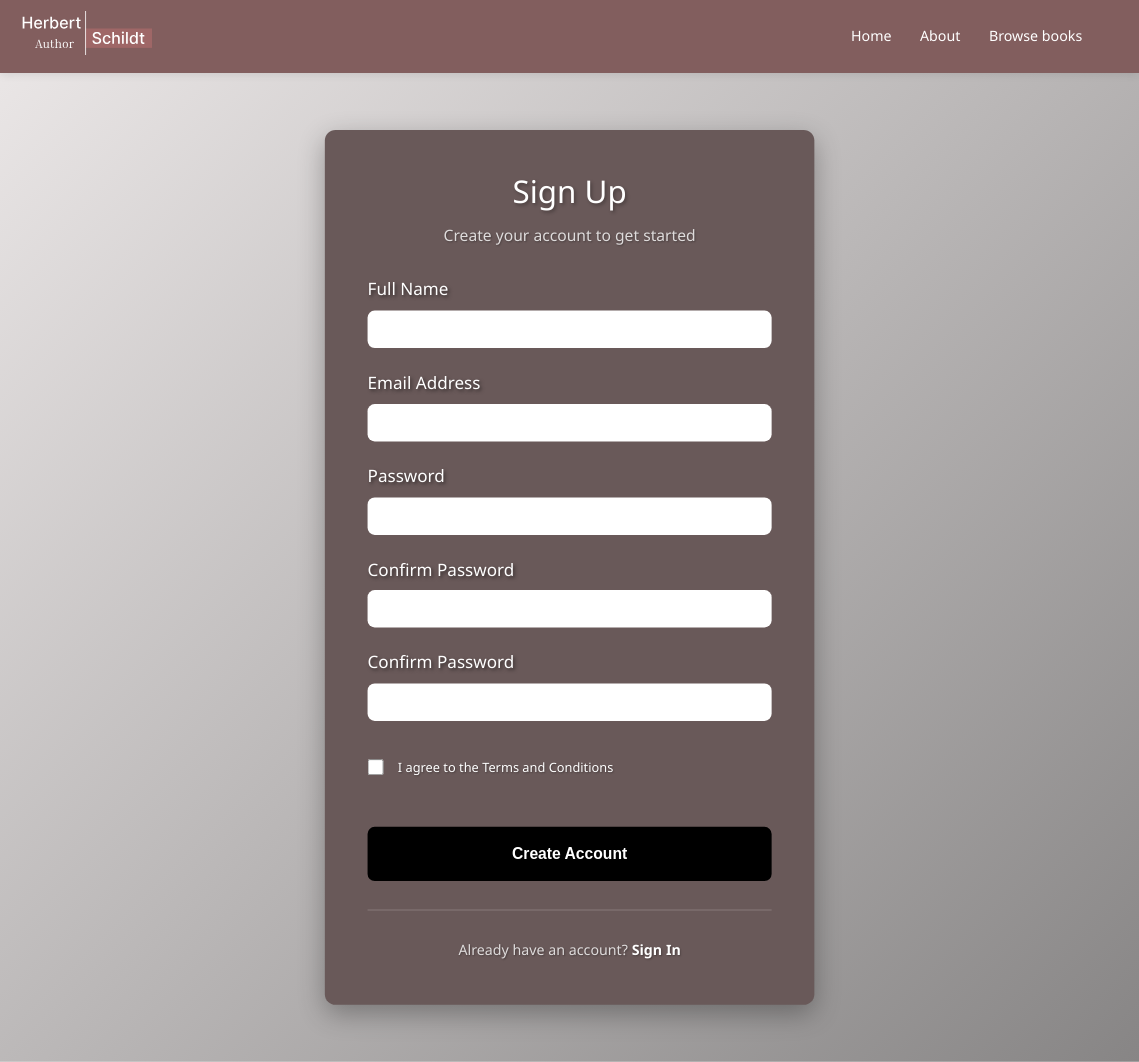
Repository: Darkrepo23/Author-Website-
Page: pages/signup.html
The author's editor kept a copy of each file at every save. The page is drawn from the files as they stood at one save, then again after the next save.
The browser window is 1280 px wide. The pictures show the whole page, at 89% of full size.

Above is the page before, as saved 2025-09-23 12:57:15.
Console error: SyntaxError: Unexpected token ':'

After the next save:
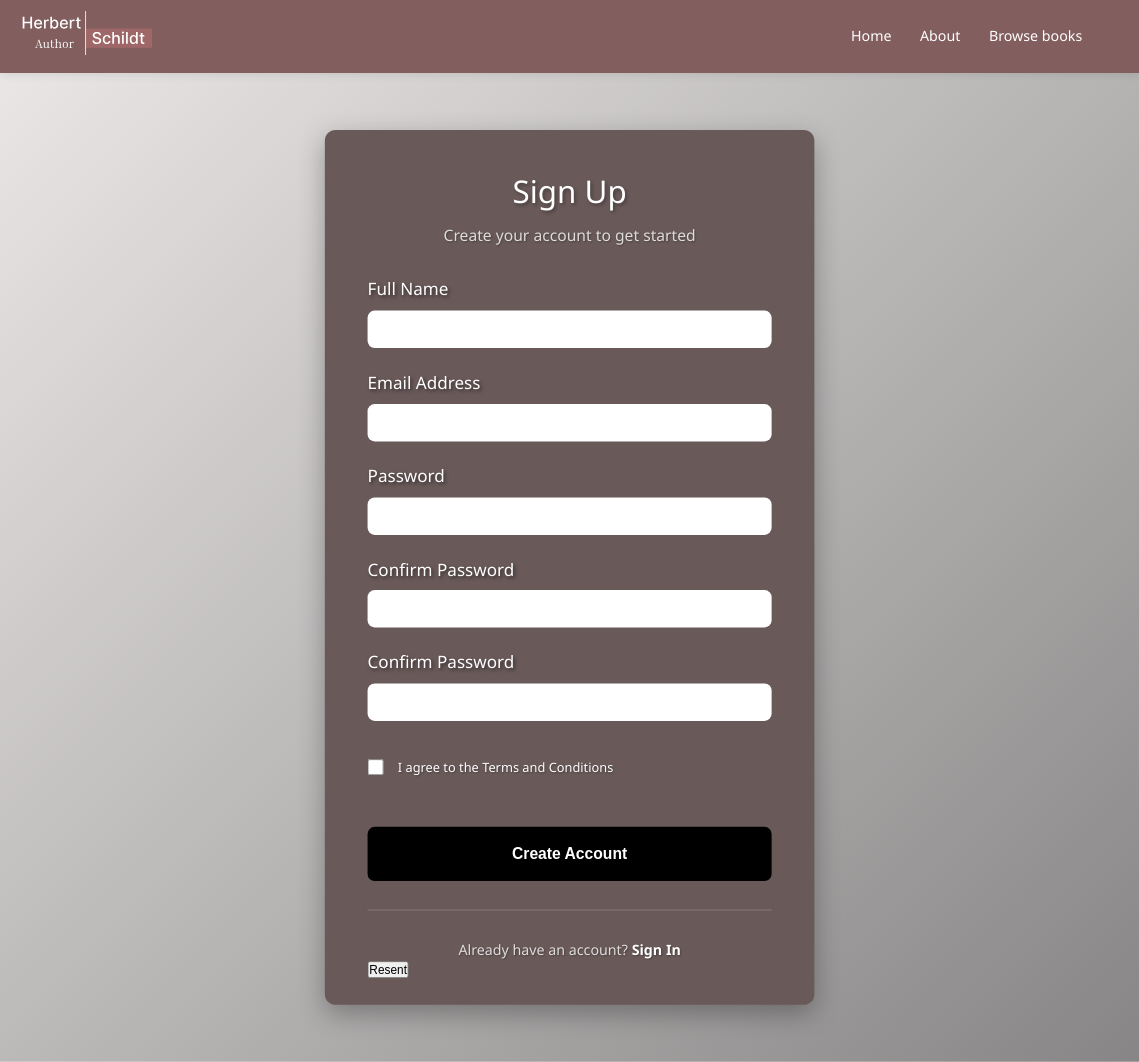
Saved 8 s later.
--- a/css/login.css
+++ b/css/login.css
@@ -151,7 +151,7 @@
 
 .res {
     position: absolute;
-    top: -100%;
+    top: 150%;
 }
 
 
